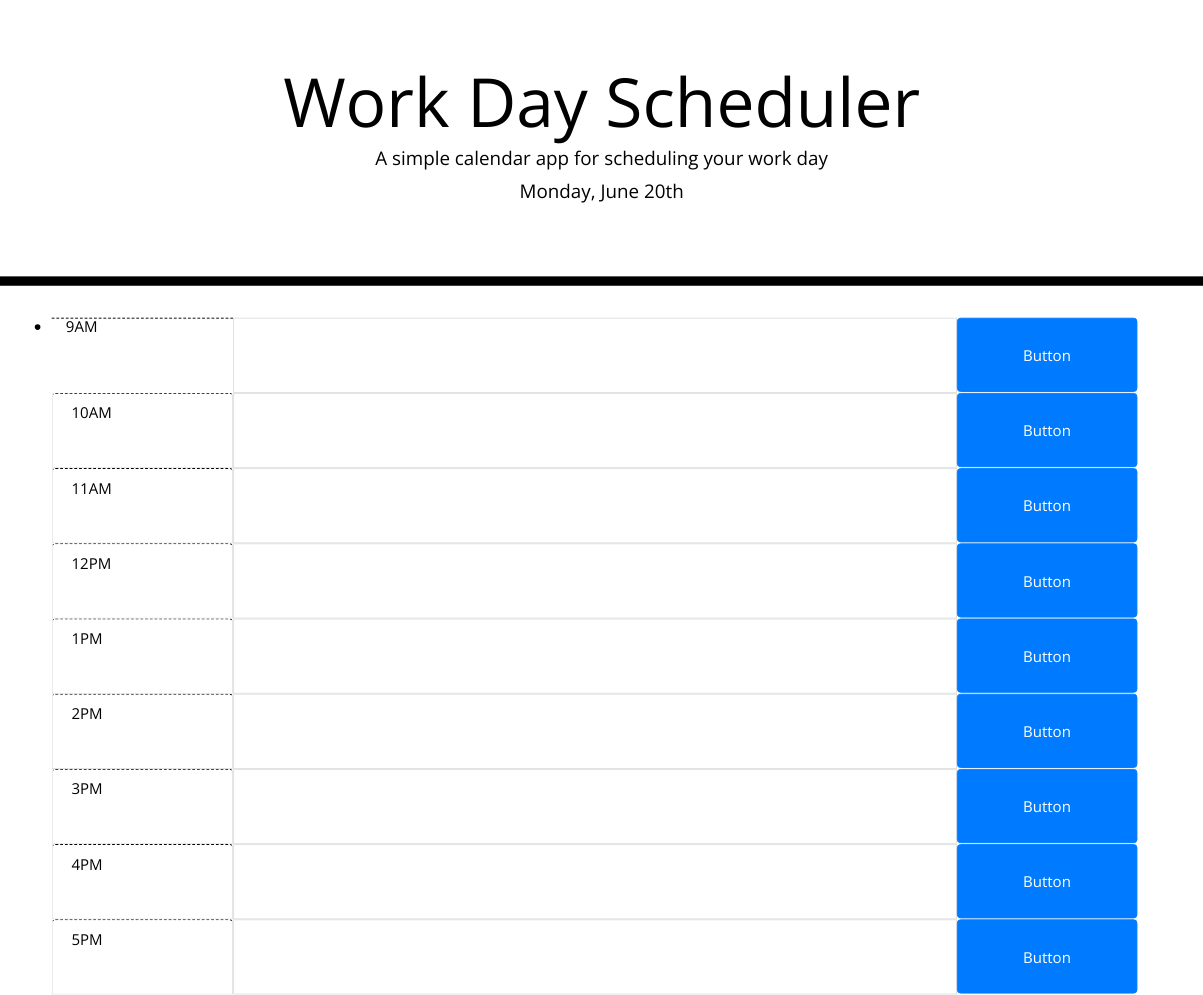
Repository: dtierney21/work-day-scheduler
Page: index.html
An editor plug-in stored every save of this project. The page is shown before and after the next save, followed by the edit.
The browser window is 1280 px wide. The pictures show the whole page, at 94% of full size.
Some web libraries are served in a nearby version.

Above is the page before, as saved 2022-06-28 12:15:41.

After the next save:
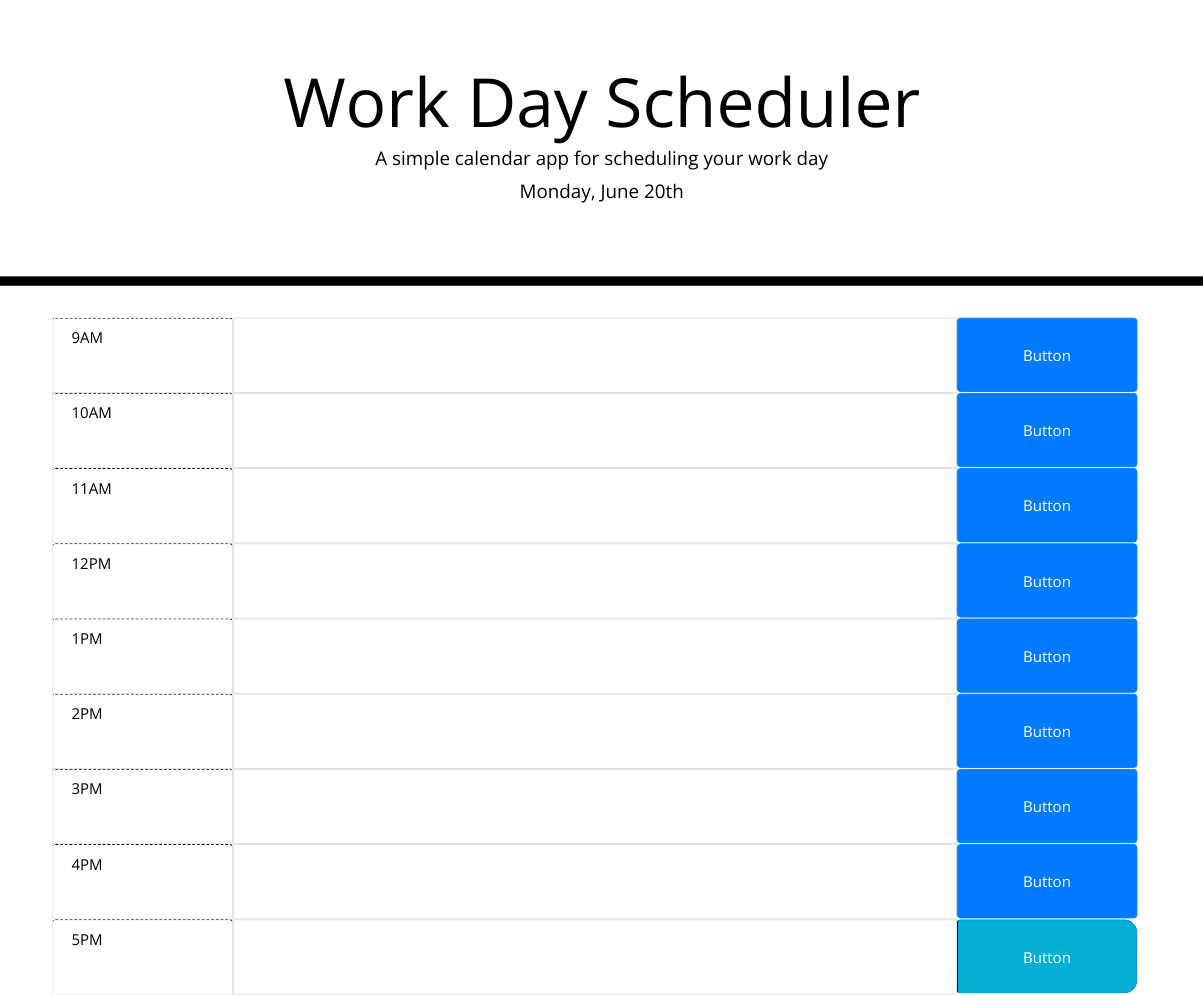
Saved 35 s later.
--- a/index.html
+++ b/index.html
@@ -33,7 +33,7 @@
       <!-- Timeblocks go here -->
             <ul class="list-group col-12">
                 <div class="row">
-                    <li class="hour col-2">9AM</li>
+                    <li class="list-group-item hour col-2">9AM</li>
                     <li class="list-group-item col-8"></li>
                     <button class="btn btn-primary col-2" type="submit">Button</button>
                 </div>
@@ -75,7 +75,7 @@
                 <div class="row">
                     <li class="list-group-item hour col-2">5PM</li>
                     <li class="list-group-item col-8"></li>
-                    <button class="btn btn-primary col-2" type="submit">Button</button>
+                    <button class="btn btn-primary  saveBtn col-2" type="submit">Button</button>
                 </div>
             </ul>
         </div>
